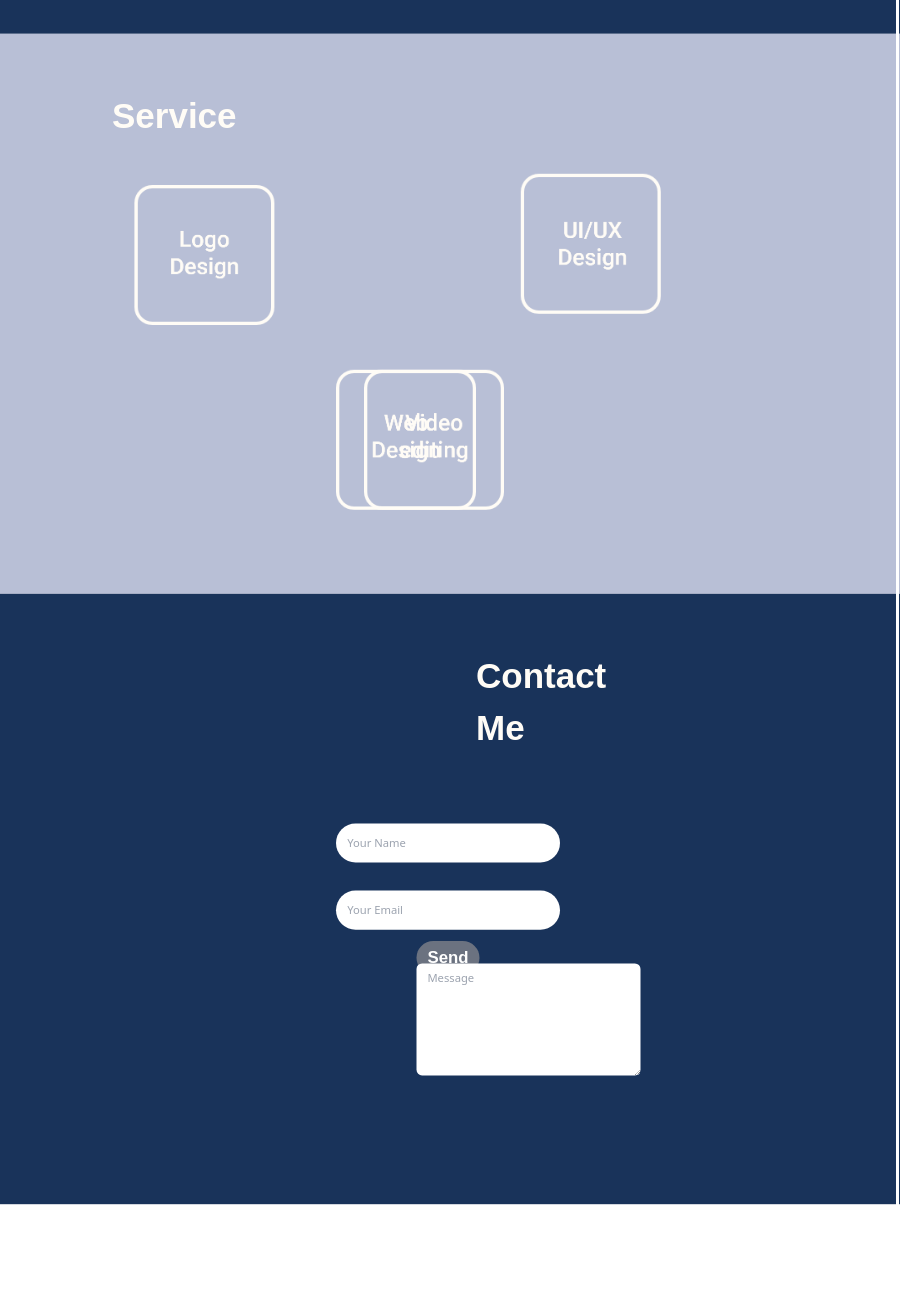
Repository: MEROO1010/my_portfolio
Page: /
An editor plug-in stored every save of this project. The page is shown before and after the next save, followed by the edit.
The browser window is 1280 px wide. The page is 1285 px wide, so the pictures cover 1285 px, including what lies to the right of the window. The pictures show the part of the page from y = 2136 to 4016 px (the page is 4016 px tall), at 70% of full size.
The project was rebuilt for these pictures with package versions that can differ from the ones it lists, and the page was loaded fresh each time. The framework's server and built-in components were replaced by stand-ins that run in the browser. Also part of the build but not shown: next.config.js.

Above is the page before, as saved 2023-08-17 09:35:33.

### pages/_app.tsx
import '../styles/globals.css'
import type { AppProps } from 'next/app'
import 'tailwindcss/tailwind.css'


function MyApp({ Component, pageProps }: AppProps) {
  return <Component {...pageProps} />
}

export default MyApp

### pages/index.tsx
import type { NextPage } from 'next'
import AboutMe from './components/AboutMe'
import ContactMe from './components/ContactMe'
import Experience from './components/Experience'
import HomePage from './components/HomePage'
import Services from './components/Services'

const Home: NextPage = () => {
  return (
    <div>
      <HomePage/>
      <AboutMe/>
      <Experience/>
      <Services/>
      <ContactMe/>
    </div>
  )
}

export default Home

### styles/globals.css
@tailwind base;
@tailwind components;
@tailwind utilities;
@import url('https://fonts.googleapis.com/css2?family=Raleway:ital,wght@0,400;0,500;0,600;0,700;1,500;1,600&display=swap')

### pages/components/AboutMe.tsx
import React from 'react'
import Image from 'next/image'


const AboutMe = () => {
  return (
    <div >


        <div className="  relative my-80 pt-80  top-40  ">
        <Image src="/assets/images/bg2.png" alt="laptop" width={1920} height={5106}/>
        </div>



        <div className=" text-[#FFFCF6] relative right-20 bottom-40     ">
            <div className=" absolute  mx-60 my-2 py-80 bottom-80  left-24
 ">
            <h1 className="  font-raleway font-bold  text-[50px]">About me</h1>
            <br/>
            </div>
            <div className="absolute  mx-24  bottom-40 left-24 ">
            <p className='font-raleway  font-medium   text-[50px]'>
            My name is Marwah Alsaggaf,<br/> and I'm software-developer <br/>
            and graphic designer. I <br/>
            graduated from Arab open <br/> university with a major in
             <br/> Information Technology and Computing
            </p>
            </div>
        </div>

    </div>
  )
}

export default AboutMe

### pages/components/ContactMe.tsx
import React from 'react'
import Form from './Form'


const ContactMe = () => {
  return (
    <div className=" relative py-80   bottom-40   bg-[#19335A]">
          <div className="h-100 ">
        <div>
          <h1 className= " absolute py-20 px-80 mx-10 top-0 left-80 font-raleway font-bold  text-[50px] text-[#FFFCF6]">Contact Me</h1>

       </div>
        <Form/>
        </div>
    </div>
  )
}

export default ContactMe

### pages/components/Experience.tsx
import React from "react";
import Image from "next/image";
import { motion } from "framer-motion";

const Experience = () => {
  return (
    <div className="relative py-0 bottom-40" >
      <div className="bg-[#19335A]">
        <div className="absolute px-80 py-20 mx-80 left-20  ">
          <h1 className="text-[#FFFCF6] text-[46px]  font-raleway font-bold ">
            Experience
          </h1>
        </div>
        <motion.div
          className="relative mx-80 px-60 top-80  left-80"
          whileHover={{ scale: 1.2, rotate: 360 }}
          whileTap={{
            scale: 0.8,
            rotate: -360,
            borderRadius: "100%",
          }}
        >
          <Image
            src="/assets/images/programming-languges.png"
            alt="laptop"
            width={542}
            height={542}
          />
        </motion.div>
        <div></div>

        <motion.div className="relative mx-10   px-20  bottom-48  left-8"
        whileHover={{ scale: 1.2, rotate: 360 }}
        whileTap={{
          scale: 0.8,
          rotate: -360,
          borderRadius: "100%",
        }}
        >
          <Image
            src="/assets/images/software.png"
            alt="laptop"
            width={542}
            height={542}
          />
        </motion.div>
      </div>
    </div>
  );
};

export default Experience;

### pages/components/HomePage.tsx
import React from 'react'
import Image from 'next/image'


const HomePage = () => {
  return (
    <div className='bg-slate-700'>
        <Image src="/header.png" alt="Header" width={2000} height={0}/>

        <div className='mx-16 my-0 top-4  absolute	  '>
        <Image src="/my_logo_white.png" alt="My Logo" width={54} height={0}/>
        </div>

        <div>
          <ul className=' relative   float-right flex flex-col  px-8 mx-40 right-28   bottom-16   space-x-16 md:flex-row text-[#FFFCF6] text-[28px] font-raleway'>
            <li>Home</li>
            <li>About Me</li>
            <li>Skills</li>
            <li>My Work</li>
            <li>Contact Me</li>
          </ul>
        </div>


       <div className=' absolute   '>
       <Image src="/assets/images/MainPage.png" alt="main image" width={1920} height={912}/>
        {/*add About Me button*/}
       <div className='absolute px-28 my-80 mx-60 left-80 top-32 '>
       <button className='bg-[#19335A] rounded-3xl w-60 h-10  text-[20px] text-[#B8BFD6] font-raleway font-semibold shadow-xl' >About me</button>
       </div>

        {/*add my others accounts list*/}

        <div>
          <ul className=' absolute   float-right flex flex-col top-80 py-60 px-40 mx-80 left-40   space-x-8 md:flex-row '>
            <li><a href='https://github.com/MEROO1010'><Image src="/assets/images/github.png" alt="main image" width={54} height={54}/></a></li>
            <li><a href='https://www.instagram.com/meroo_alsaggaf/'><Image src="/assets/images/instagram.png" alt="main image" width={64} height={53}/></a></li>
            <li><a href='https://www.behance.net/merooalsaggaf'><Image src="/assets/images/behance.png" alt="main image" width={54} height={54}/></a></li>
            <li><a href='https://www.linkedin.com/in/marwah-alsaggaf-ba44011b2/'><Image src="/assets/images/linkedIn.png" alt="main image" width={54} height={54}/></a></li>
          </ul>
        </div>
       </div>






    </div>
  )
}

export default HomePage

### pages/components/Services.tsx
import React from 'react'
import Square from './Square'
const Services = () => {
  return (
    <div className= " relative py-80  bottom-40   bg-[#B8BFD6]">
        <div className="h-40 ">
        <div>
          <h1 className= " absolute py-20 px-40 top-0 font-raleway font-bold  text-[50px] text-[#FFFCF6]">Service</h1>
       </div>
       <Square/>
        </div>
    </div>
  )
}

export default Services

### pages/components/Form.tsx
import React from 'react'

const Form = () => {
  return (
    <div className="text-center">
    <input type="text" placeholder="Your Name" className="px-4 py-2 mx-4 my-2 rounded-full h-14 w-80"/><br/><br/>
    <input type="text" placeholder="Your Email" className="px-4 py-2 mx-4 my-2 rounded-full h-14 w-80"/><br/>
    <textarea placeholder="Message" className="absolute px-4 py-2 mx-4 my-10  rounded-lg h-40 w-80"></textarea>
    <button type="submit" className="px-4 py-2 mx-4 my-2 font-raleway text-2xl font-semibold text-white bg-gray-500 rounded-full">Send</button>
</div>

  )
}

export default Form

### pages/components/Square.tsx
import React from 'react'
import Image from 'next/image'

const Square = () => {
  return (
    <div>
      {/*logo design*/}
       <div className="absolute py-40 mx-40 my-18 left-8 top-14 ">
       <Image src="/assets/images/logodesign.png" alt="laptop" width={200} height={200}/>
       </div>

        {/*programming*/}
       <div className="absolute py-60 px-40 mx-80 my-18 right-80 bottom-40 ">
       <Image src="/assets/images/programming.png" alt="laptop" width={200} height={200}/>
       </div>

       {/*ui-ux design*/}
       <div className="absolute py-60 mx-80 my-18 right-4 bottom-40 ">
       <Image src="/assets/images/uiux.png" alt="laptop" width={200} height={200}/>
       </div>

       {/*web design*/}
       <div className="absolute  mx-40 my-40 left-80 top-50 ">
       <Image src="/assets/images/webdesign.png" alt="laptop" width={200} height={200}/>
       </div>

       {/*video editing*/}
       <div className="absolute px-80 mx-20 my-40 right-40 top-50 ">
       <Image src="/assets/images/videoediting.png" alt="laptop" width={200} height={200}/>
       </div>
    </div>
  )
}

export default Square

### tailwind.config.js
/** @type {import('tailwindcss').Config} */
module.exports = {
   purge: ['./pages/**/*.{js,ts,jsx,tsx}', './components/**/*.{js,ts,jsx,tsx}'],
  content: [
    './pages/**/*.{js,ts,jsx,tsx}',
    './components/**/*.{js,ts,jsx,tsx}',
    './app/**/*.{js,ts,jsx,tsx}',
  ],
  theme: {
    extend:
    {
      fontFamily: {
        'raleway': ['Raleway', 'sans-serif']
      },
    },
  },
  plugins: [],
}

After the next save:
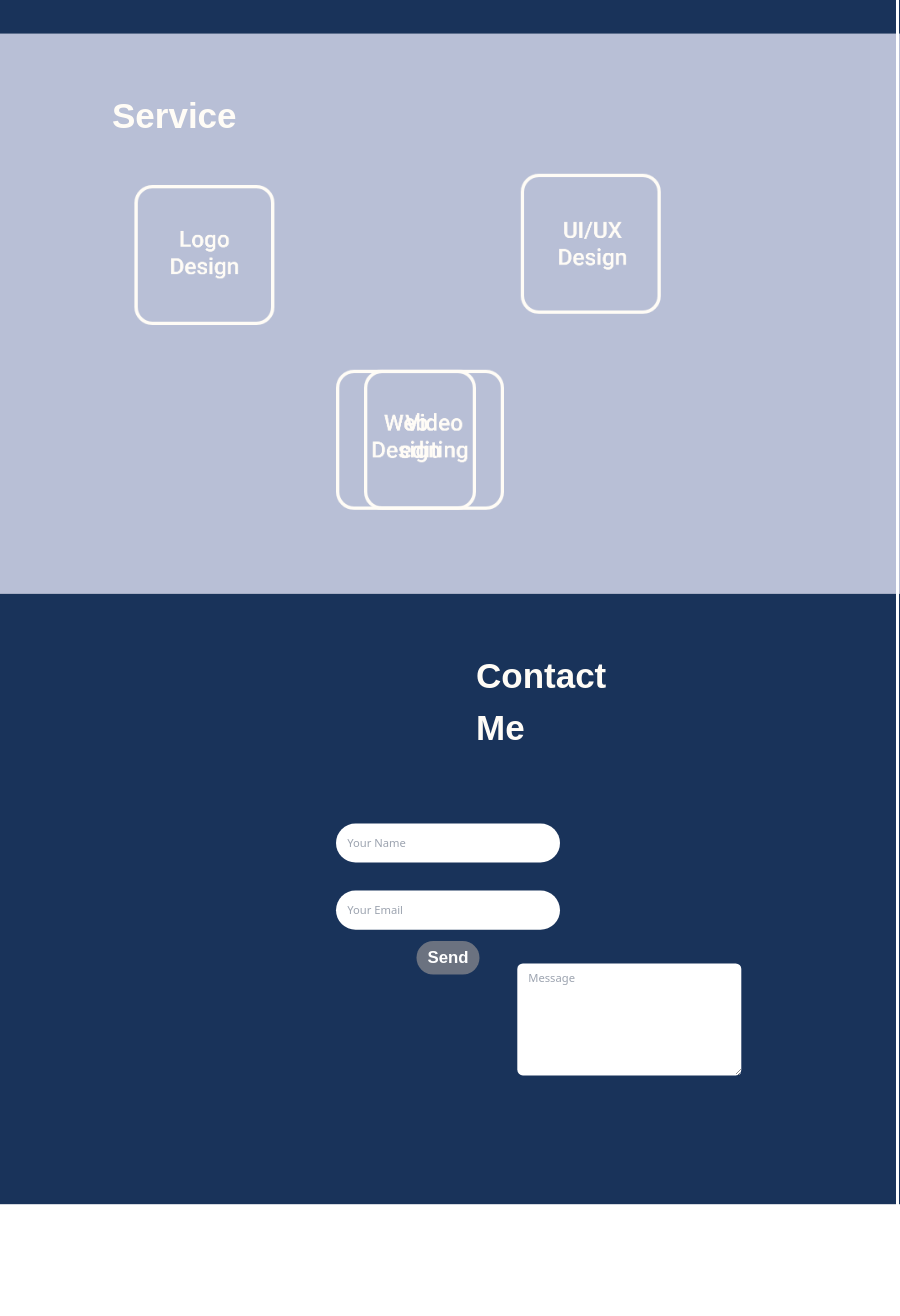
Saved 4 s later.
--- a/pages/components/Form.tsx
+++ b/pages/components/Form.tsx
@@ -5,7 +5,7 @@
     <div className="text-center">
     <input type="text" placeholder="Your Name" className="px-4 py-2 mx-4 my-2 rounded-full h-14 w-80"/><br/><br/>
     <input type="text" placeholder="Your Email" className="px-4 py-2 mx-4 my-2 rounded-full h-14 w-80"/><br/>
-    <textarea placeholder="Message" className="absolute px-4 py-2 mx-4 my-10  rounded-lg h-40 w-80"></textarea>
+    <textarea placeholder="Message" className="absolute px-4 py-2 mx-40 my-10  rounded-lg h-40 w-80"></textarea>
     <button type="submit" className="px-4 py-2 mx-4 my-2 font-raleway text-2xl font-semibold text-white bg-gray-500 rounded-full">Send</button>
 </div>
 

After the 2 saves that followed:
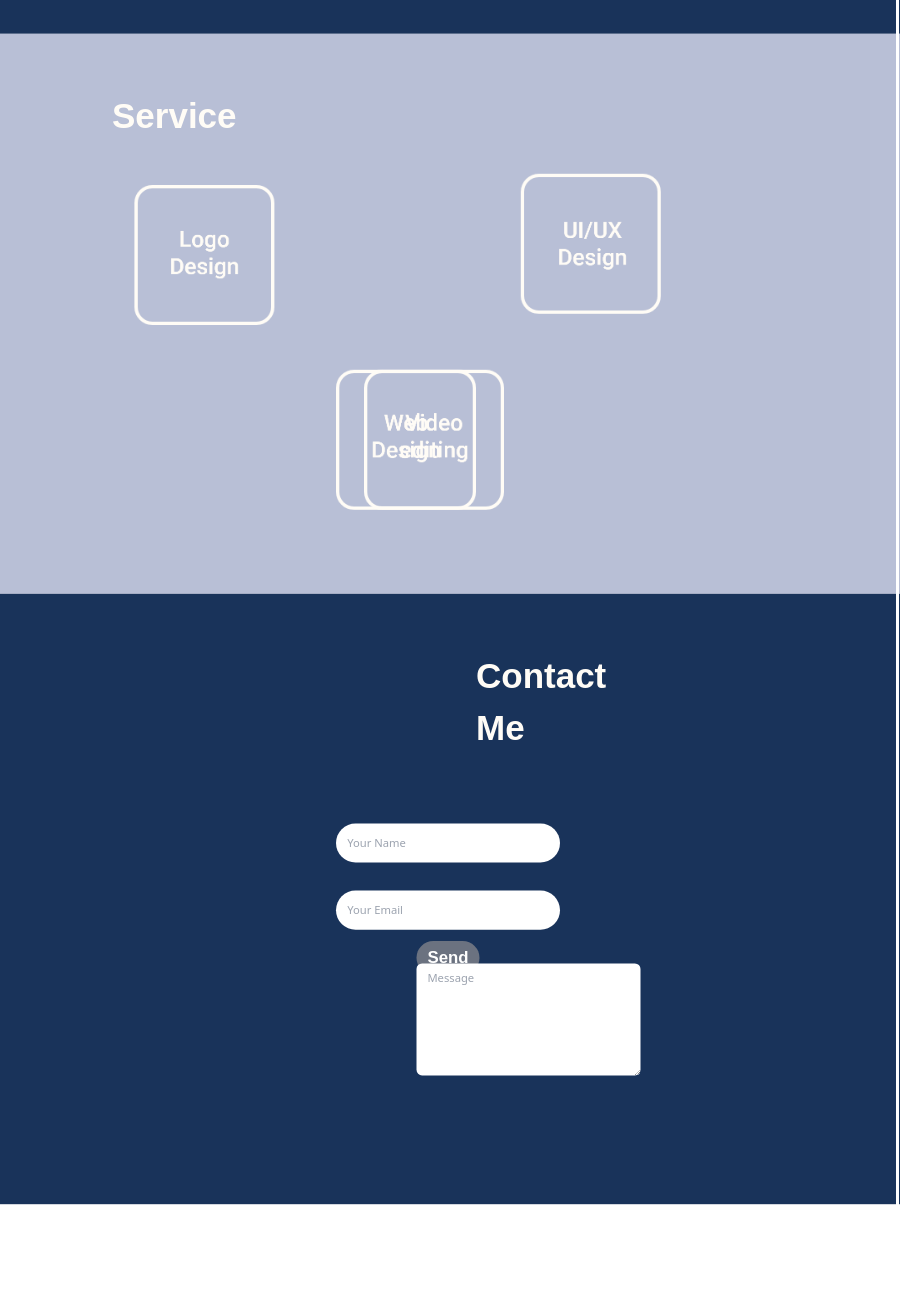
The 2 saves are shown as one change because they came seconds apart.
The last was saved 8 s later.
--- a/pages/components/Form.tsx
+++ b/pages/components/Form.tsx
@@ -5,7 +5,7 @@
     <div className="text-center">
     <input type="text" placeholder="Your Name" className="px-4 py-2 mx-4 my-2 rounded-full h-14 w-80"/><br/><br/>
     <input type="text" placeholder="Your Email" className="px-4 py-2 mx-4 my-2 rounded-full h-14 w-80"/><br/>
-    <textarea placeholder="Message" className="absolute px-4 py-2 mx-40 my-10  rounded-lg h-40 w-80"></textarea>
+    <textarea placeholder="Message" className="absolute px-4 py-2 mx-4 my-10  rounded-lg h-40 w-80"></textarea>
     <button type="submit" className="px-4 py-2 mx-4 my-2 font-raleway text-2xl font-semibold text-white bg-gray-500 rounded-full">Send</button>
 </div>
 
